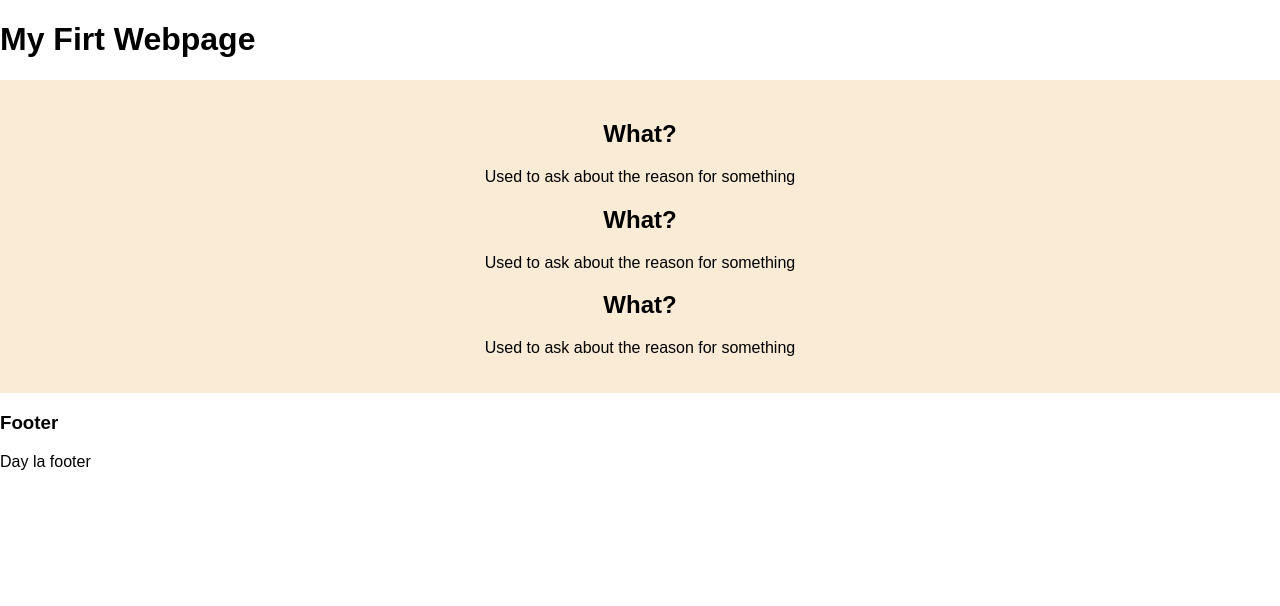
Repository: Thonghehe/Lab2_Web106
Page: Buoi2/l22.html
An editor plug-in stored every save of this project. The page is shown before and after the next save, followed by the edit.
The browser window is 1280 px wide. The pictures show the whole page.

Above is the page before, as saved 2024-03-13 21:53:10.

### Buoi2/l22.html
<!DOCTYPE html>
<html lang="en">

<head>
    <meta charset="UTF-8">
    <meta name="viewport" content="width=device-width, initial-scale=1.0">
    <title>Document</title>
    <style>
        body {
            font-family: Arial, Helvetica, sans-serif;
            margin: 0;
            padding: 0;
            display: flex;
            /* Hien thi dang cot */
            flex-direction: column;
            min-width: 100vh;

        }

        .header .footer {
            background-color: antiquewhite;
            color: brown;
            padding: 20px;
            text-align: center;
            flex-shrink: 0;
        }

        .content {
            background-color: antiquewhite;
            padding: 20px;
            text-align: center;
            flex-grow: 1;
        }

        .container {
            position: relative;
            min-height: 100%;
        }


        @media only screen and(max-width:800px) {
            .header .content .footer {
                width: 100%;
            }
        }
    </style>
</head>

<body>
    <div class="container">
        <div class="header">
            <h1>My Firt Webpage</h1>
        </div>
        <div class="content">
            <h2>What?</h2>
            <p>Used to ask about the reason for something
            </p>
            <h2>What?</h2>
            <p>Used to ask about the reason for something
            </p>
            <h2>What?</h2>
            <p>Used to ask about the reason for something
            </p>
        </div>
        <div class="footer">
            <h3>Footer</h3>
            <p>Day la footer</p>
        </div>
    </div>
</body>

</html>

After the next save:
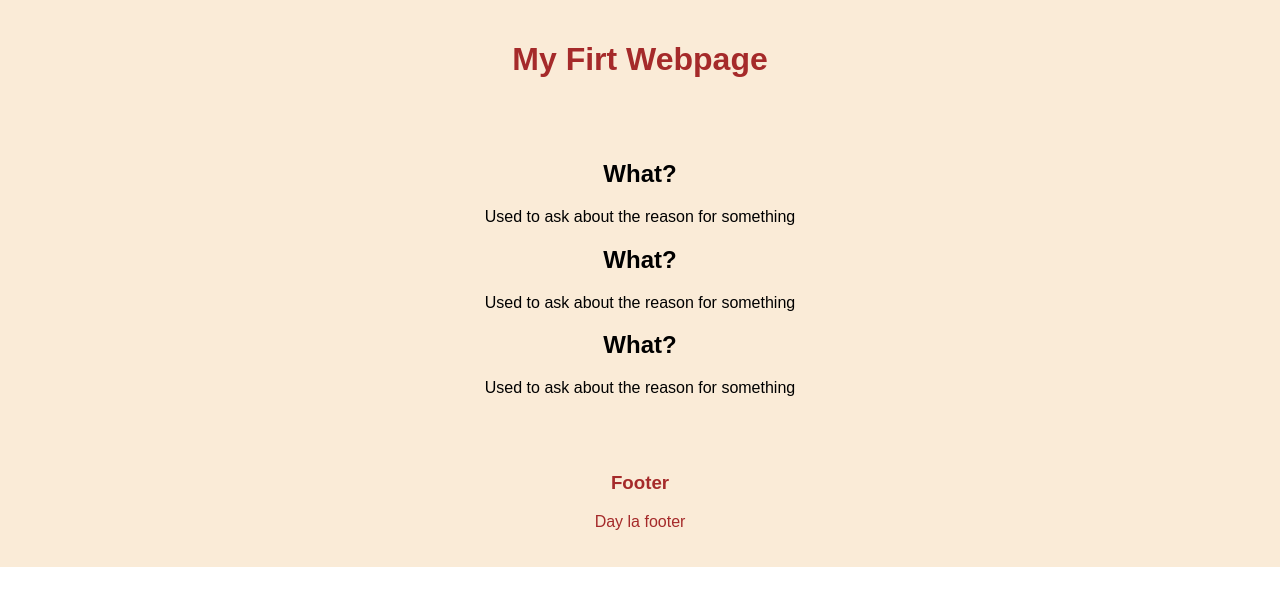
Saved 58 s later.
--- a/Buoi2/l22.html
+++ b/Buoi2/l22.html
@@ -17,7 +17,8 @@
 
         }
 
-        .header .footer {
+        .header,
+        .footer {
             background-color: antiquewhite;
             color: brown;
             padding: 20px;
@@ -37,6 +38,9 @@
             min-height: 100%;
         }
 
+        .footer {
+            background-color: antiquewhite;
+        }
 
         @media only screen and(max-width:800px) {
             .header .content .footer {
